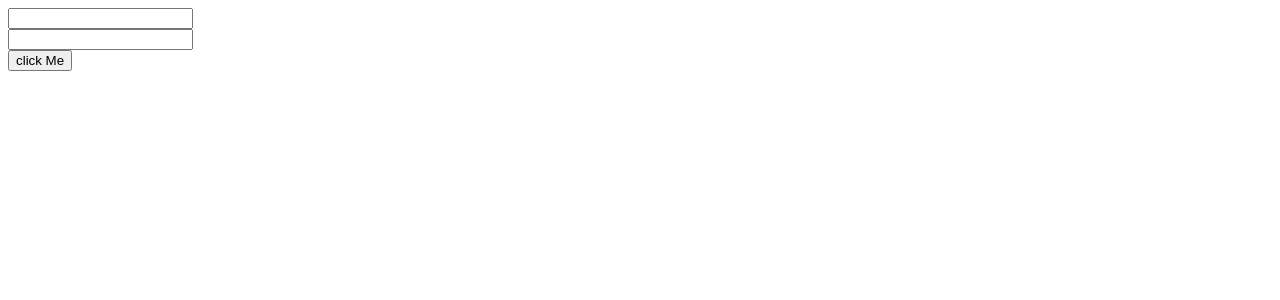
Repository: anik3395/JavaServletProjects
Page: eclipse-workspace/HttpServletRequestResponse/src/main/webapp/index.html
An editor plug-in stored every save of this project. The page is shown before and after the next save, followed by the edit.
The browser window is 1280 px wide. The pictures show the whole page.

Above is the page before, as saved 2024-10-20 17:30:37.

After the next save:
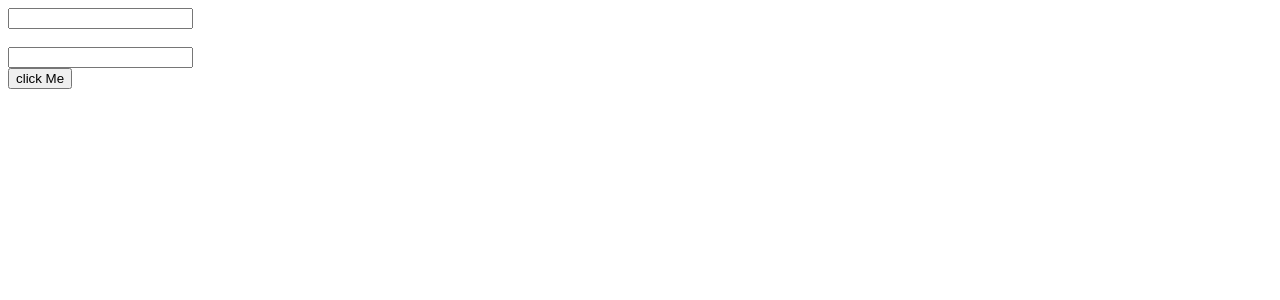
Saved 63 s later.
--- a/eclipse-workspace/HttpServletRequestResponse/src/main/webapp/index.html
+++ b/eclipse-workspace/HttpServletRequestResponse/src/main/webapp/index.html
@@ -6,8 +6,8 @@
 </head>
 <body>
 <form action="aaa" method="post" >
-      <input type = "text" name = "name1"><br>
-      <input type = "text" name = "email1"><br>
+      <input type = "text" name = "name1"><br/><br/>
+      <input type = "text" name = "email1"><br/>
      <input type="submit" value="click Me">
 
 </form>
